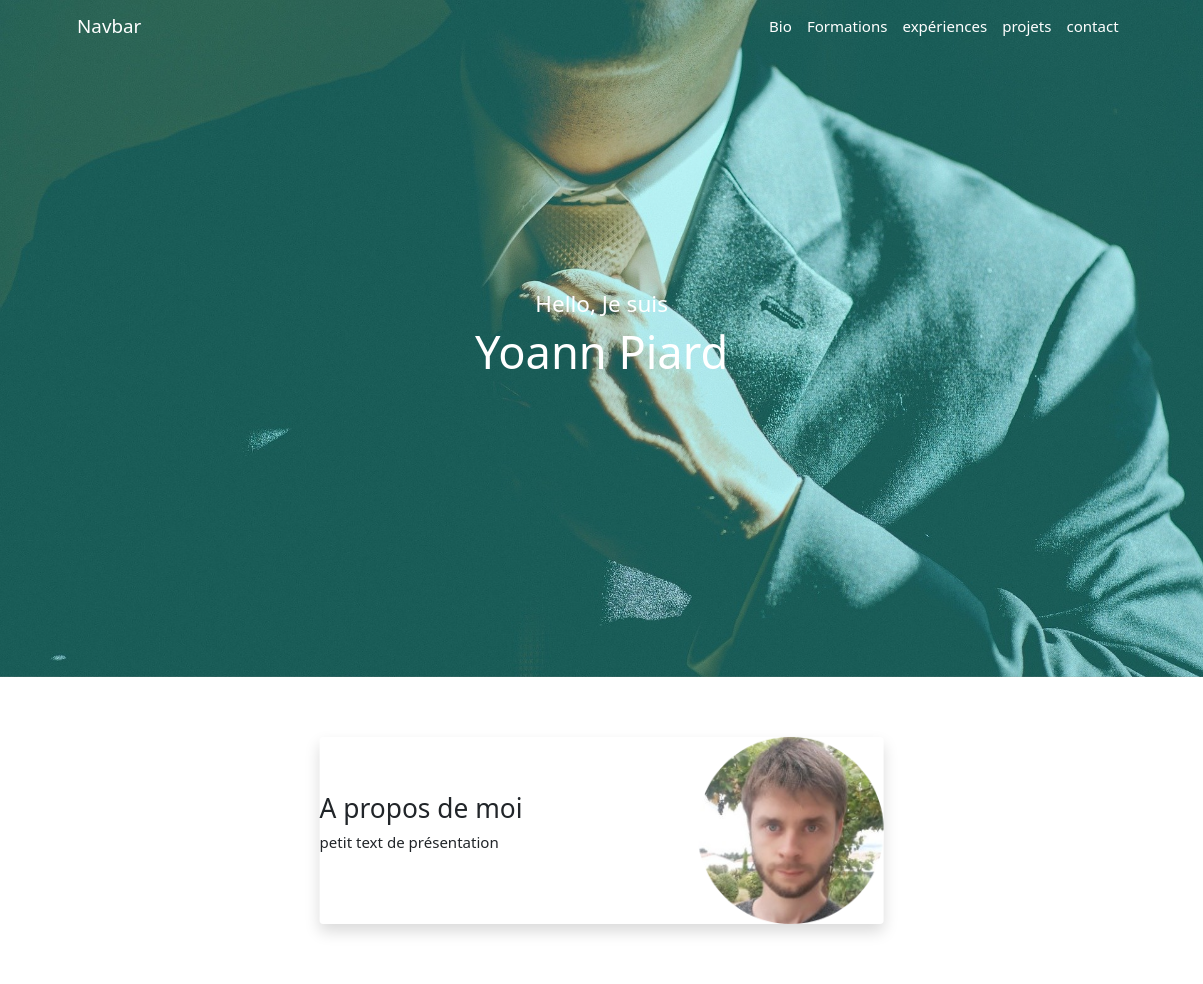
Repository: ypiard85/port-folio-bootstrap-yoann-2021
Page: index.html
An editor plug-in stored every save of this project. The page is shown before and after the next save, followed by the edit.
The browser window is 1280 px wide. The pictures show the whole page, at 94% of full size.

Above is the page before, as saved 2021-03-09 14:07:17.

After the next save:
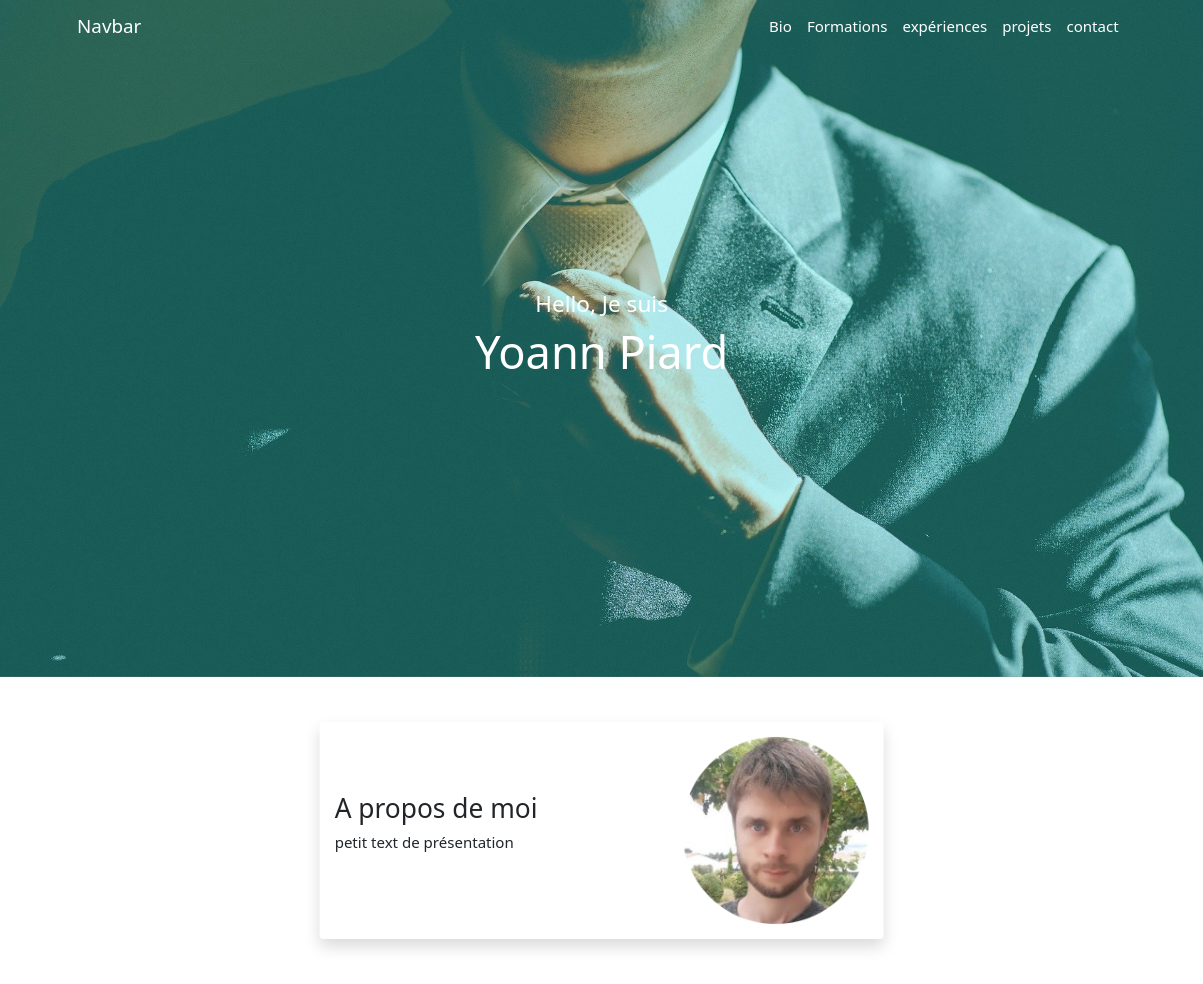
Saved 27 s later.
--- a/index.html
+++ b/index.html
@@ -45,8 +45,8 @@
               <h1>Yoann Piard</h1>
           </header>
 
-          <section class="about_me container p-3 mt-5 mb-5">
-                <div class="about_card shadow rounded justify-content-between align-items-center d-flex">
+          <section class="about_me container mt-5 mb-5">
+                <div class="p-3 about_card shadow rounded justify-content-between align-items-center d-flex">
                     <div>
                         <h3>A propos de moi</h3>
                         <p>petit text de présentation</p>
